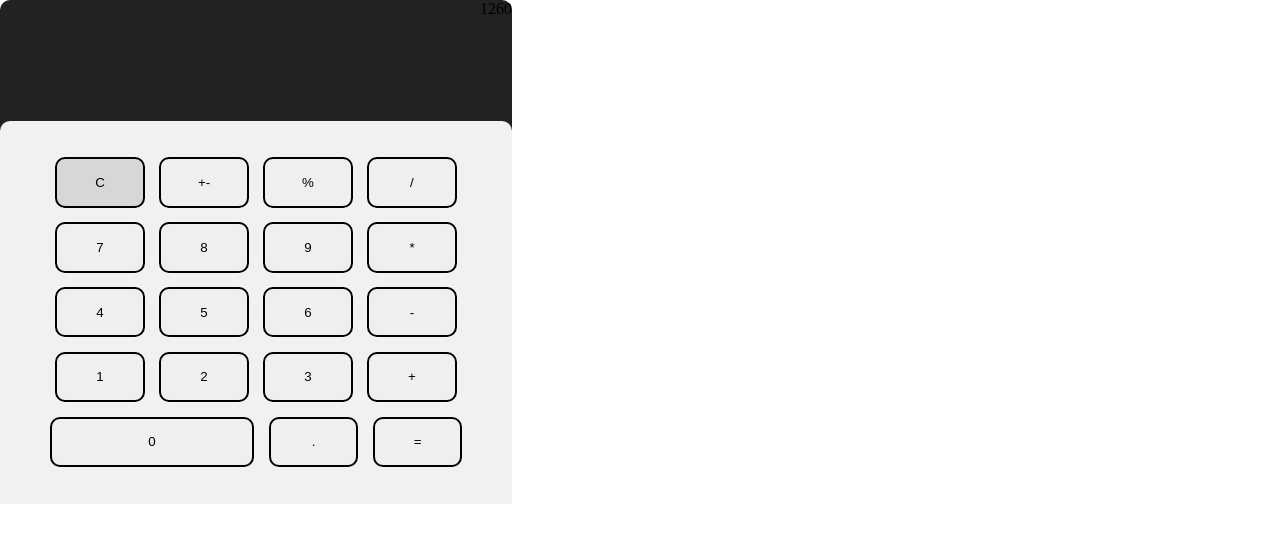
Repository: BrunoBross/calculator
Page: index.html
These files come from the project's save history. The page is drawn as it stood at one moment and after a run of saves; the edit follows.
The browser window is 1280 px wide. The pictures show the whole page.
The pointer rests on the first visible `.buttons > button`.

Above is the page before, as saved 2021-11-30 22:58:16.

### index.html
<!DOCTYPE html>
<html lang="en">
<head>
  <meta charset="UTF-8">
  <meta http-equiv="X-UA-Compatible" content="IE=edge">
  <meta name="viewport" content="width=device-width, initial-scale=1.0">
  <title>Calculator</title>
  <link rel="stylesheet" href="./style.css">
</head>
<body>
  <main>
    <div class="calculator">
      <div class="view">
        1260
      </div>
      <div class="buttons">
        <button id="C">C</button>
        <button id="+-">+-</button>
        <button id="%">%</button>
        <button id="/">/</button>
        <button id="seven">7</button>
        <button id="eight">8</button>
        <button id="nine">9</button>
        <button id="*">*</button>
        <button id="four">4</button>
        <button id="five">5</button>
        <button id="six">6</button>
        <button id="-">-</button>
        <button id="one">1</button>
        <button id="two">2</button>
        <button id="three">3</button>
        <button id="+">+</button>
        <button id="zero">0</button>
        <button id=".">.</button>
        <button id="=">=</button>
      </div>
    </div>

    <div class="small-square"></div>
    <div class="square"></div>
    <div class="small-circle"></div>
    <div class="circle"></div>
  </main>
</body>
<script src="./script.js"></script>
</html>

### style.css
*{
  padding: 0;
  margin: 0;
}

.calculator{
  background-color: #232222;
  display: flex;
  flex-direction: column;
  width: 40vw;
  height: 70vh;
  border-radius: 10px 10px 0 0;
}

.view{
  display: flex;
  flex-direction: row-reverse;
  height: 20vh;

}

.buttons{
  padding: 2.9vw;
  padding-top: 5vh;
  background-color: #F1F1F4;
  display: flex;
  justify-content: center;
  flex-wrap: wrap;
  gap: 2vh;
  border-radius: 10px 10px 0 0;
}

.buttons > button{
  border: 2px solid black;
  height: 7vh;
  width: 7vw;
  border-radius: 10px;
  cursor: pointer;
  transition: 0.3s;
}

.buttons > button:hover{
  filter: brightness(0.9);
}

#zero{
  width: 16vw;
}

Loaded but not shown: script.js (no copy from this time; the picture is the same without it)

After the next 2 saves:
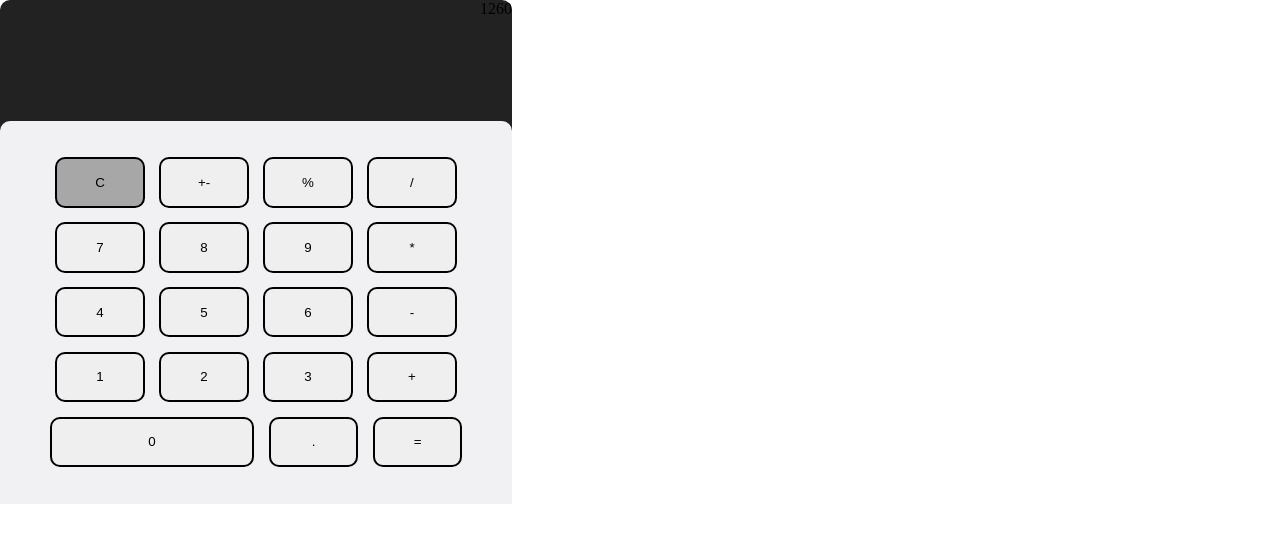
The 2 saves are shown as one change because they came seconds apart.
The last was saved 7 s later.
--- a/style.css
+++ b/style.css
@@ -40,7 +40,7 @@
 }
 
 .buttons > button:hover{
-  filter: brightness(0.9);
+  filter: brightness(0.7);
 }
 
 #zero{
